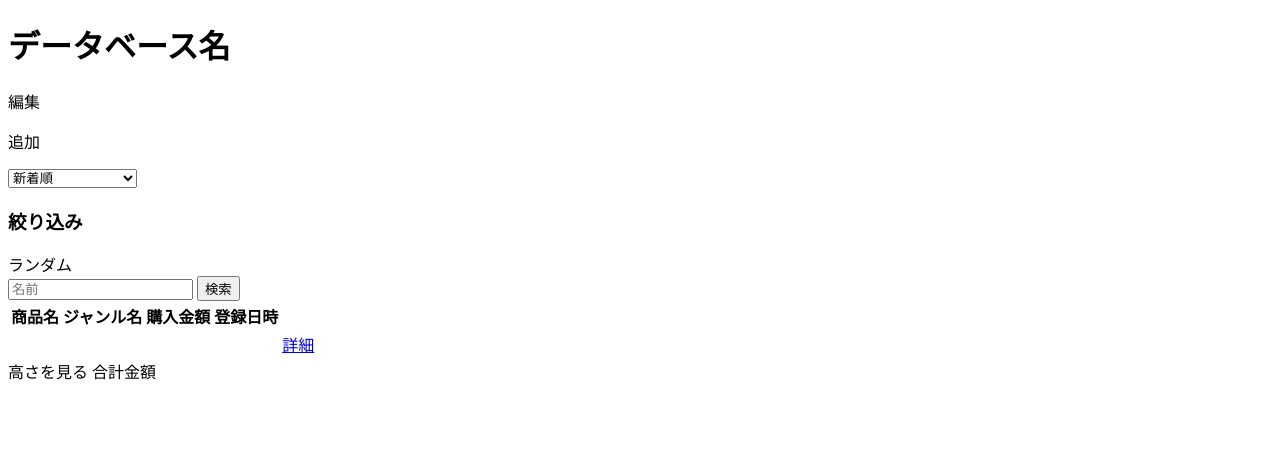
Repository: masa1228ew/original
Page: http://localhost/data/index
An editor plug-in stored every save of this project. The page is shown before and after the next save, followed by the edit.
The browser window is 1280 px wide. The pictures show the whole page.
The page is this project's Thymeleaf template; nobody is signed in. The template is opened directly, without the code that normally fills it, so the values that code supplies are empty.

Above is the page before, as saved 2025-01-15 01:45:21.

### original/original/src/main/resources/templates/data/index.html
<!DOCTYPE html>
<html xmlns:th="https://www.thymeleaf.org">
	<head>
<!--		  <div th:replace="~{fragment :: meta}"></div>   -->
 <meta charset="UTF-8">
       <meta name="viewport" content="width=device-width, initial-scale=1">
		<title>データベース</title>
	</head>

	<body>
		<div class="wrapper">
			<main>
				<div class="container pt-4 pb-5">
					<div>
					<h1>データベース名</h1>
					<p>編集</p>
					</div>
					<div>
						<p>追加</p>
						<form method="get" class="mb-3 samuraitravel-sort-box">
                                     <input  type="hidden" name="keyword" >
                                     <input  type="hidden" name="area" >
                                     <input  type="hidden" name="price" >
                                     <select class="form-select form-select-sm" name="order" onChange="this.form.submit();">
                                         <option value="createdAtDesc" >新着順</option>
                                         <option value="priceAsc">宿泊料金が安い順</option>
                                     </select>
                                 </form>
                                 <h3>絞り込み</h3>
                                 <a>ランダム</a>
                                   <div class="input-group">
                                     <input type="text" class="form-control" name="keyword"  placeholder="名前">
                                     <button type="submit" class="btn text-white shadow-sm">検索</button>
                                 </div>
					</div>

					<table class="table">
                               <thead>
                                   <tr>
                                       <th scope="col">商品名</th>
                                       <th scope="col">ジャンル名</th>
                                       <th scope="col">購入金額</th>
                                       <th scope="col">登録日時</th>
                                       <th scope="col"></th>
                                   </tr>
                               </thead>
                               <tbody>
                                   <tr >
                                       <td ></td>
                                        <td ></td>
                                         <td ></td>
                                          <td ></td>
                                       <td><a href="#">詳細</a></td>
                                   </tr>
                               </tbody>
                           </table>
                          <div>
                           <a>高さを見る</a>
                           <a>合計金額</a>
                          </div>
				</div>
			</main>
		</div>
	</body>
</html>

After the next save:
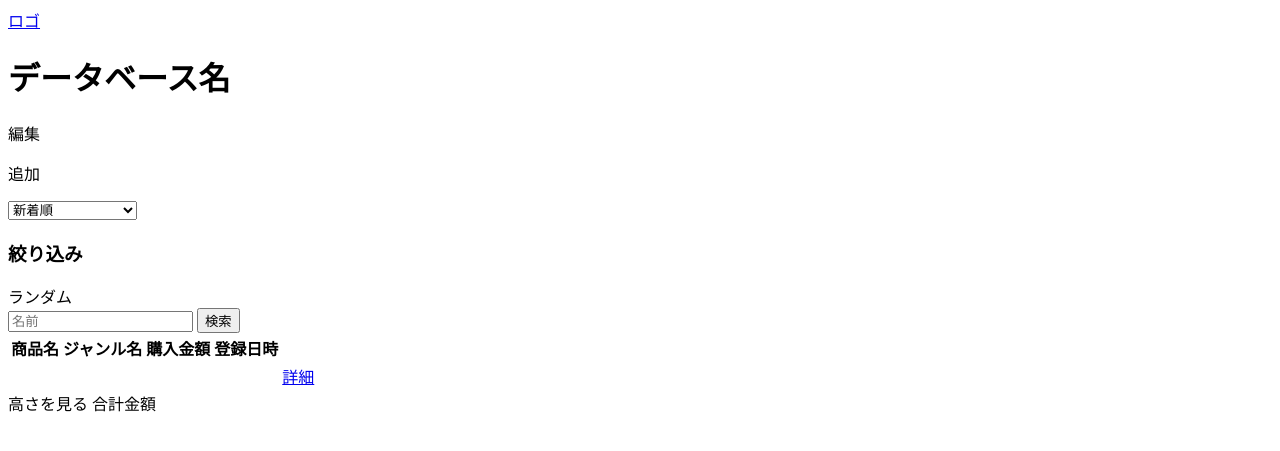
Saved 6 s later.
--- a/original/original/src/main/resources/templates/data/index.html
+++ b/original/original/src/main/resources/templates/data/index.html
@@ -9,6 +9,13 @@
 
 	<body>
 		<div class="wrapper">
+			<nav class="navbar navbar-expand-md navbar-light bg-white shadow-sm ">
+               <div class="container ">
+                   <a class="navbar-brand" th:href="@{/}">
+                       ロゴ
+                   </a>
+               </div>
+           </nav>
 			<main>
 				<div class="container pt-4 pb-5">
 					<div>
